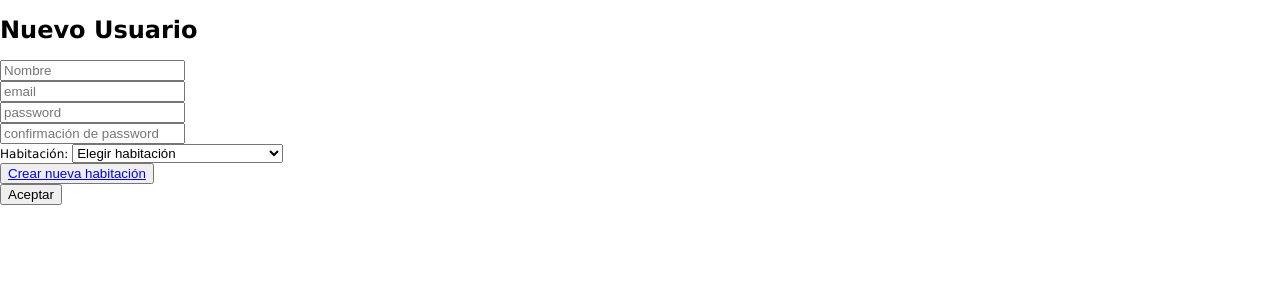
Repository: anagut/java-web
Page: http://localhost/HelloLogin/nuevousuario
These files come from the project's save history. The page is drawn as it stood at one moment and after the next save; the edit follows.
The browser window is 1280 px wide. The pictures show the whole page.
The page is served by Tomcat 9. Other server files are loaded and not shown.

Above is the page before, as saved 2018-11-16 10:36:26.
Console error: TypeError: Cannot set properties of null (setting 'onclick')

### HelloLogin/WebContent/nuevousuario.jsp
<%@ taglib uri="http://java.sun.com/jsp/jstl/core" prefix="c" %>

<%@ page language="java" contentType="text/html; charset=UTF-8"
    pageEncoding="UTF-8"%>
<!DOCTYPE html>
<html>
<head>
<meta charset="UTF-8">
<title>Nuevo Usuario</title>
<link rel="stylesheet" href="./css/style.css"></link>

</head>
<body>
	<h1>Nuevo Usuario</h1>
	<div class="error">${error}</div>
	<form action="" method="POST">
	<div>
	<input type="text" placeholder="Nombre" name="nombre" id="nombre" value="${newusuario.name}" required/>
	</div>
	<div>
	<input type="email" placeholder="email" name="email" id="email" value="${newusuario.email}" required/>
	</div>
	<div>
	<input type="password" placeholder="password" name="password" id="password"/>
	</div>
	<div>
	<input type="password" placeholder="confirmación de password" name="passwordconf" id="passwordconf"/>
	</div>
		<div>
		<label for="habitacion">Habitación:</label>
		<select name="habitacion" id="habitacion">
<!-- 		Aquí irán las habitaciones -->
			<option selected disabled>Elegir habitación</option>
		<c:forEach var="unaHabitacion" items="${lasHabitaciones}">
			<option value="${unaHabitacion.hid}">${unaHabitacion.calle}, ${unaHabitacion.num} (${unaHabitacion.ciudad})</option>
   		</c:forEach>
		</select>
		<div><button id="habBtn"><a href="./nuevahabitacion">Crear nueva habitación</a></button></div>
	</div>

	<div><button>Aceptar</button></div>
	</form>


</body>

<script src="./js/script.js"></script>
</html>

### HelloLogin/src/com/ana/controllers/NuevoUsuarioServlet.java
package com.ana.controllers;

import java.io.IOException;
import java.util.ArrayList;

import javax.servlet.ServletException;
import javax.servlet.annotation.WebServlet;
import javax.servlet.http.HttpServlet;
import javax.servlet.http.HttpServletRequest;
import javax.servlet.http.HttpServletResponse;

import com.ana.database.BBDD;
import com.ana.models.Habitacion;
import com.ana.models.Usuario;

/**
 * Servlet implementation class NuevosUsuariosServlet
 */
@WebServlet("/nuevousuario")
public class NuevoUsuarioServlet extends HttpServlet {
	private static final long serialVersionUID = 1L;

    /**
     * @see HttpServlet#HttpServlet()
     */
    public NuevoUsuarioServlet() {
        super();
        // TODO Auto-generated constructor stub
    }

	/**
	 * @see HttpServlet#doGet(HttpServletRequest request, HttpServletResponse response)
	 */
	protected void doGet(HttpServletRequest request, HttpServletResponse response) throws ServletException, IOException {

		ArrayList<Habitacion> habitaciones = BBDD.getInstance().habitaciones;

		request.setAttribute("lasHabitaciones", habitaciones);

		request.getRequestDispatcher("./nuevousuario.jsp").forward(request, response);

	}
	protected void doPost(HttpServletRequest request, HttpServletResponse response) throws ServletException, IOException {

		String nombrerecibido = request.getParameter("nombre");
		String emailrecibido = request.getParameter("email");
		String passwordrecibido = request.getParameter("password");
		String passwordconfrecibido = request.getParameter("passwordconf");
		String habitacionrecibida = request.getParameter("habitacion");

		int habitrecibidaId = Integer.parseInt(habitacionrecibida);

		System.out.println("Nombre:"+nombrerecibido);
		System.out.println("Email:"+emailrecibido);
		System.out.println("Password:"+passwordrecibido);
		System.out.println("Password:"+passwordconfrecibido);


//		if (emailrecibido!=null && !emailrecibido.equals("") && emailrecibido.indexOf("@")>0) {
//			//continuar e introducir al usuario en bbdd
//		}else {
//			request.setAttribute("error", "Datos incorrectos");
//			request.setAttribute("emailrec", emailrecibido);
//			this.doGet(request, response);
//		}

		Usuario nuevoUser = new Usuario(0, nombrerecibido, emailrecibido, passwordrecibido, BBDD.getInstance().getHabitacionById(habitrecibidaId));

		if (nuevoUser.esValido(passwordconfrecibido)) {
			//continuar e introducir al usuario en bbdd
			BBDD db = BBDD.getInstance();
			db.insertUsuario(nuevoUser);

			response.sendRedirect("listausuarios");

		}else {
			request.setAttribute("error", "Datos incorrectos");
			request.setAttribute("newusuario", nuevoUser);
			this.doGet(request, response);

		}
	}

}

### HelloLogin/src/com/ana/database/BBDD.java
package com.ana.database;

import java.util.ArrayList;

import com.ana.models.Habitacion;
import com.ana.models.Usuario;

public class BBDD {

	private static BBDD instance=null;

	public ArrayList<Usuario> usuarios = new ArrayList<Usuario>();

	public ArrayList<Habitacion> habitaciones = new ArrayList<Habitacion>();

	public static final BBDD getInstance() {
		if(instance==null) instance = new BBDD();
		return instance;
	}

	private BBDD() {
		this.fillUsuarios();
		this.fillHabitaciones();
		this.relacionarUserHab();
	}

	private boolean fillUsuarios() {
		usuarios.add(new Usuario (1, "Pepe", "p@p.es", "ppp", null));
		usuarios.add(new Usuario (2, "Luisa", "l@l.es", "lll", null));
		usuarios.add(new Usuario (3, "Mordor", "m@m.es", "mmm", null));

		return true;
	}



	private boolean fillHabitaciones() {
		habitaciones.add(new Habitacion (101, "Calle Marqués", 23, "Madrid"));
		habitaciones.add(new Habitacion (102, "Calle Pantomima", 57, "Albacete"));
		habitaciones.add(new Habitacion (103, "Calle Pijo", 12, "Murcia"));

		return true;
	}

	private boolean relacionarUserHab() {
		usuarios.get(0).setHabitacion(habitaciones.get(2));
		usuarios.get(1).setHabitacion(habitaciones.get(1));
		usuarios.get(2).setHabitacion(habitaciones.get(0));

		return true;
	}


	//Método que en función de la id me devuelve un objeto usuario concreto
	//Si no encuentra devuelve un null

	public Usuario getUsuarioById(int id) {
		Usuario usuarioADevolver = null;

		//Iteramos por cada usuario y comparamos su id con el que nos indican
		for (Usuario unUsuario: usuarios) {
			if(unUsuario.getId()==id) {
				usuarioADevolver = unUsuario;
				break;	//cuando encuentra el id, sale del bucle
			}
		}
		return usuarioADevolver;
	}

	public Habitacion getHabitacionById(int hid) {
		Habitacion habitacionADevolver = null;

		for (Habitacion unaHab: habitaciones) {
			if(unaHab.getHid()==hid) {
				habitacionADevolver = unaHab;
				break;
			}
		}
		return habitacionADevolver;
	}

	public boolean existeUsuarioPorEmailyPass(String emailrecibido, String passwordrecibido) {
		boolean existeUsuario = false;
//		for (*tipo de variable (objeto)* *variable* : *array sobre el que se busca*)
		for (Usuario unUsuario : usuarios) {
			if (unUsuario.getEmail().equals(emailrecibido) && unUsuario.getPassword().equals(passwordrecibido)) {
				existeUsuario = true;
				break;
			}
		}
		return existeUsuario;
	}

	public int insertUsuario(Usuario newUser) {
		int nuevoId=0;

		nuevoId=this.usuarios.size()+1;	//simulamos que la bd asigna un id consecutivo
		newUser.setId(nuevoId);

		this.usuarios.add(newUser);

		return nuevoId;

	}

	public int insertHabitacion(Habitacion newHab) {
		int nuevoHid=0;

		nuevoHid=this.habitaciones.size()+1;	//simulamos que la bd asigna un id consecutivo
		newHab.setHid(nuevoHid);

		this.habitaciones.add(newHab);

		return nuevoHid;

	}

}

### HelloLogin/src/com/ana/models/Usuario.java
package com.ana.models;

public class Usuario {
	private int id;
	private String name;
	private String email;
	private String password;
	private Habitacion habitacion;


	public Usuario(int id, String name, String email, String password, Habitacion habitacion) {
		super();
		this.id = id;
		this.name = name;
		this.email = email;
		this.password = password;
		this.habitacion = habitacion;
	}


	public String getPassword() {
		return password;
	}


	public void setPassword(String password) {
		this.password = password;
	}


	public int getId() {
		return id;
	}

	public void setId(int id) {
		this.id = id;
	}

	public String getName() {
		return name;
	}

	public void setName(String name) {
		this.name = name;
	}

	public String getEmail() {
		return email;
	}

	public void setEmail(String email) {
		this.email = email;
	}

	public Habitacion getHabitacion() {
		return habitacion;
	}

	public void setHabitacion(Habitacion habitacion) {
		this.habitacion = habitacion;
	}

//valido los campos del usuario sean correctos
	public boolean esValido(String confpassword) {
		boolean esValidx=true;

		if (this.email==null || this.email.equals("") || this.email.indexOf("@")<=0) esValidx = false;

		if (this.name==null || this.name.equals("") || this.name.matches("(.*)?[0-9](.*)?")) esValidx = false;

		if (this.password==null || this.password.equals("")) esValidx = false;

		if (!this.password.equals(confpassword)) esValidx= false;

		return esValidx;
	}





}

### HelloLogin/src/com/ana/models/Habitacion.java
package com.ana.models;

public class Habitacion {
	private int hid;
	private String calle;
	private int num;
	private String ciudad;


	public Habitacion(int hid, String calle, int num, String ciudad) {
		super();
		this.hid = hid;
		this.calle = calle;
		this.num = num;
		this.ciudad = ciudad;
	}


	public int getHid() {
		return hid;
	}


	public void setHid(int hid) {
		this.hid = hid;
	}


	public String getCalle() {
		return calle;
	}


	public void setCalle(String calle) {
		this.calle = calle;
	}


	public int getNum() {
		return num;
	}


	public void setNum(int num) {
		this.num = num;
	}


	public String getCiudad() {
		return ciudad;
	}


	public void setCiudad(String ciudad) {
		this.ciudad = ciudad;
	}




}

### HelloLogin/WebContent/css/style.css
body{
	margin: 0;
	padding: 0;
	font-family: Verdana;
	font-size: 12px;
}

h1{
	font-size: 2em;
}

ul{
	list-style: none;
	margin: 0;
	padding: 0;
}

ul > li > a > div{
	display: inline-block;
	margin: 1em;
}

.error {
	color: red;
}

### HelloLogin/WebContent/js/script.js
console.log("hola")

document.getElementById("habBtn").onclick = function(evnt) {
evnt.preventDefault();
window.location.href("nuevahabitacion");
}

document.getElementById("volverBtn").onclick = function(){
	window.history.back();
}

After the next save:
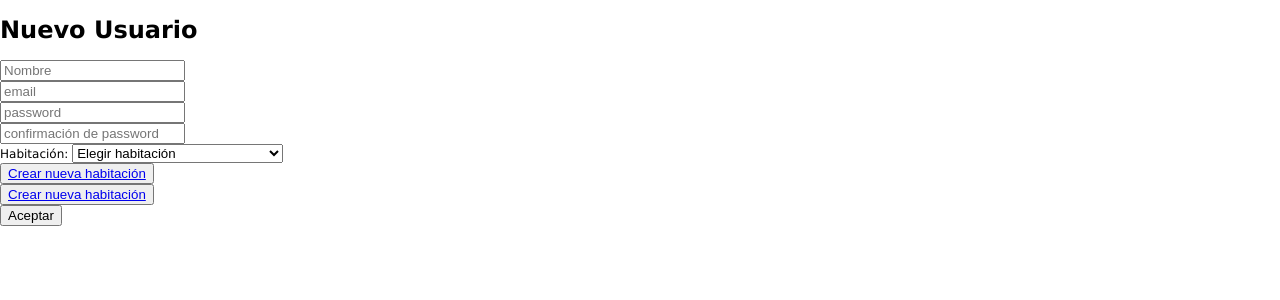
Saved 7 s later.
--- a/HelloLogin/WebContent/nuevousuario.jsp
+++ b/HelloLogin/WebContent/nuevousuario.jsp
@@ -36,6 +36,7 @@
    		</c:forEach>
 		</select>
 		<div><button id="habBtn"><a href="./nuevahabitacion">Crear nueva habitación</a></button></div>
+		<div><button id="habBtn"><a href="./nuevahabitacion">Crear nueva habitación</a></button></div>
 	</div>
 
 	<div><button>Aceptar</button></div>
